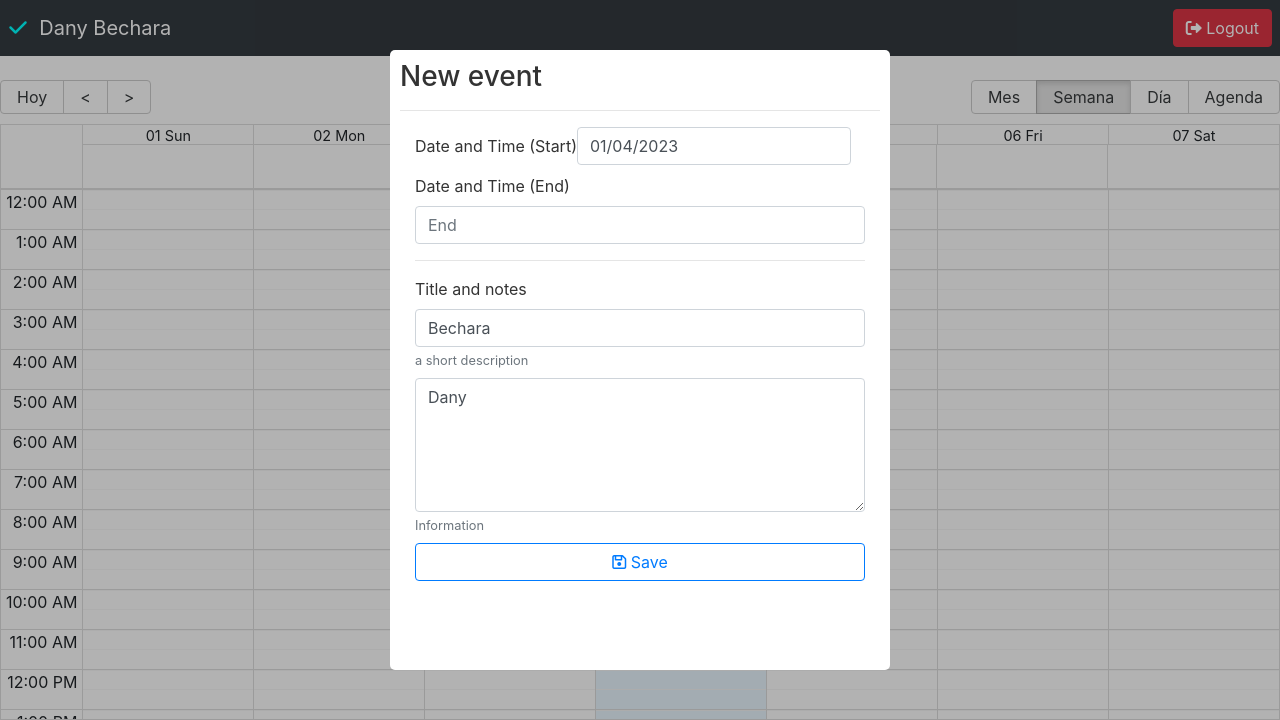
Repository: bechara611/calendar-frontend
Page: /
An editor plug-in stored every save of this project. The page is shown before and after the next save, followed by the edit.
The browser window is 1280 px wide. The pictures show the whole page.
An inner scrolling area shows only its first screen. The project was rebuilt for these pictures with package versions that can differ from the ones it lists, and the page was loaded fresh each time. Also part of the build but not shown: vite.config.js. Imported but missing from the stored project, and not drawn on this page: src/auth.

Above is the page before, as saved 2023-01-05 11:46:01.

### index.html
<!DOCTYPE html>
<html lang="en">
  <head>
    <meta charset="UTF-8" />
    <link rel="icon" type="image/svg+xml" href="/vite.svg" />
    <meta name="viewport" content="width=device-width, initial-scale=1.0" />
    <title>CalendarDB</title>
    <link rel="stylesheet" href="https://cdn.jsdelivr.net/npm/bootstrap@4.5.3/dist/css/bootstrap.min.css" integrity="sha384-TX8t27EcRE3e/ihU7zmQxVncDAy5uIKz4rEkgIXeMed4M0jlfIDPvg6uqKI2xXr2" crossorigin="anonymous">
    <link rel="stylesheet" href="https://cdnjs.cloudflare.com/ajax/libs/font-awesome/6.2.1/css/all.min.css" integrity="sha512-MV7K8+y+gLIBoVD59lQIYicR65iaqukzvf/nwasF0nqhPay5w/9lJmVM2hMDcnK1OnMGCdVK+iQrJ7lzPJQd1w==" crossorigin="anonymous" referrerpolicy="no-referrer" />
  </head>
  <body>
    <div id="root"></div>
    <script type="module" src="/src/main.jsx"></script>
  </body>
</html>

### src/main.jsx
import React from 'react'
import ReactDOM from 'react-dom/client'
import { BrowserRouter } from 'react-router-dom'
import { CalendarApp } from './CalendarApp'
import './styles.css'

ReactDOM.createRoot(document.getElementById('root')).render(


    <BrowserRouter>
      <CalendarApp />
    </BrowserRouter>

)

### src/CalendarApp.jsx
import React from 'react'
import { AppRouter } from './router/AppRouter'

export const CalendarApp = () => {
  return (
   <AppRouter></AppRouter>
  )
}

### src/styles.css
:root {
    --ColorAzul: blue;
  }

### src/router/AppRouter.jsx
import React from 'react'
import { Navigate, Route, Routes } from 'react-router-dom'
import { LoginPages } from '../auth/'
import { CalendarPages } from '../calendar/'


export const AppRouter = () => {
 // const authStatus = 'not-authenticated'
  const authStatus = 'authenticated'
  return (
    <Routes>
      {
        (authStatus === 'not-authenticated'
          ? <Route path='/auth/*' element={<LoginPages></LoginPages>}></Route>
          : <Route path='/*' element={<CalendarPages></CalendarPages>}></Route>
        )
      }
      <Route path='/*' element={<Navigate to={'/auth/login'}></Navigate>}></Route>

    </Routes>
  )
}

### src/calendar/index.js
export * from './pages/CalendarPages'
export * from './components/NavBar'

### src/calendar/pages/CalendarPages.jsx

import 'react-big-calendar/lib/css/react-big-calendar.css'
import React, { useState } from 'react'
import { Calendar } from 'react-big-calendar'
import { NavBar } from '../components/NavBar'
import { localizer } from '../../helpers/'
import { getMessages } from '../../helpers/Messages'
import { CalendarEvent } from '../components/CalendarEvent'
import { addHours } from "date-fns";
import { CalendarModal } from '../components/CalendarModal'

export const Events = [{
  title: 'Cumple de dany',
  notes: 'Torta para Dany',
  start: new Date(),
  end: addHours(new Date(), 3),
  bgColor: '#fafafa',
  user: {
    id: '123',
    name: 'Dany Bechara'
  }
}]




export const CalendarPages = () => {

const [lastView, setlastView] = useState(localStorage.getItem('lastview')|| 'week')

const onDoubleClick = (evento) => {
  console.log({ doubleClick: evento })
}
const onClick = (evento) => {
  console.log({ Click: evento })
}
const onViewChange = (evento) => {

  localStorage.setItem('lastview',evento)
  setlastView(localStorage.getItem('lastview'));
}

const eventStyleGetter = (event, start, end, isSelected) => {
  const style = {
    backgroundColor: isSelected ?  '#347CF7' : '',
    borderRadius: '0px',
    fontSize:'12px',
    opacity: 0.8,
    color: 'white'
  }
    return { style }
}
  return (
    <>
      <NavBar></NavBar>
      <Calendar
      view={lastView}
        localizer={localizer}
        events={Events}
        startAccessor="start"
        endAccessor="end"
        messages={getMessages()}
        style={{ height: 'calc( 100vh - 80px )' }}
        eventPropGetter={eventStyleGetter}
        components={{
          event: CalendarEvent
        }}
        onDoubleClickEvent={onDoubleClick}
        onSelectEvent={onClick}
        onView={onViewChange}
      />
      <CalendarModal></CalendarModal>
    </>

  )
}

### src/calendar/components/NavBar.jsx
import React from 'react'
import './NavBar.css'
export const NavBar = () => {
  return (
    <div className="navbar navbar-dark bg-dark mb-4 px-2">
    <span className='navbar-brand'>

    <i className="fa-sharp fa-solid fa-check icono"></i>

    &nbsp;
    Dany Bechara
    </span>
    <button className='btn btn-danger '>
    <i className="fa-solid fa-right-from-bracket"></i>

    <span> Logout</span>
    </button>
    </div>
  )
}

### src/helpers/index.js
export * from './CalendarLocalizer'

### src/helpers/Messages.js
export const getMessages =()=>{
    return {
        allDay: 'Todo el día',
        previous: '<',
        next: '>',
        today: 'Hoy',
        month: 'Mes',
        week: 'Semana',
        day: 'Día',
        agenda: 'Agenda',
        date: 'Fecha',
        time: 'Hora',
        event: 'Evento',
        noEventsInRange: 'No hay eventos en este rango',
        showMore: total => `+ Ver más (${total})`
    };
}

### src/calendar/components/CalendarEvent.jsx
import React from 'react'

export const CalendarEvent = ({ event }) => {

    const { title, user } = event
    return (
        <>
            <strong>{title}</strong>
            <span> - {user.name}</span>
        </>)
}

### src/calendar/components/CalendarModal.jsx
import { addHours } from 'date-fns';
import React, { useState } from 'react'
import DatePicker from "react-datepicker";
import Modal from 'react-modal'
import "react-datepicker/dist/react-datepicker.css";
import './CalendarModal.css'
const customStyles = {
    content: {
        top: '50%',
        left: '50%',
        right: 'auto',
        bottom: 'auto',
        marginRight: '-50%',
        transform: 'translate(-50%, -50%)',
    },
};
Modal.setAppElement('#root');
export const CalendarModal = () => {
    const [isOpen, setisOpen] = useState(true)

    const [formValues, setformValues] = useState({
        title:'Bechara',
        notes:'Dany',
        start: new Date(),
        end: addHours(new Date(),2)
    })

    const onChangeInput=({target})=>{
        setformValues({
            ...formValues,
            [target.name]:target.value
        })
    }
const onDateChange =(event,tipoFecha='start')=>{
    setformValues({
        ...formValues,
        [tipoFecha]:event
    })
}
    const onCloseModal = () => {
        console.log('cerrando modal')
        setisOpen(false)
    }
    return (
        <>
            <Modal
                isOpen={isOpen}
                onRequestClose={onCloseModal}
                style={customStyles}
                className='modal'
                overlayClassName='modal-fondo'
                closeTimeoutMS={200}
            >
                <h3> New event</h3>
                <hr />
                <form className="container">

                    <div className="form-group mb-2">
                        <label>Date and Time (Start)</label>
                       <DatePicker
                       selected={formValues.start}
                       onChange={(evento)=>onDateChange(evento,'start')}
                       className='form-control'></DatePicker>
                    </div>

                    <div className="form-group mb-2">
                        <label>Date and Time (End) </label>
                        <input className="form-control" placeholder="End" />
                    </div>

                    <hr />
                    <div className="form-group mb-2">
                        <label>Title and notes</label>
                        <input
                            type="text"
                            className="form-control"
                            placeholder="Title"
                            name="title"
                            autoComplete="off"
                            value={formValues.title}
                            onChange={onChangeInput}
                        />
                        <small id="emailHelp" className="form-text text-muted">a short description</small>
                    </div>

                    <div className="form-group mb-2">
                        <textarea
                            type="text"
                            className="form-control"
                            placeholder="Notes"
                            rows="5"
                            name="notes"
                            value={formValues.notes}
                            onChange={onChangeInput}
                        ></textarea>
                        <small id="emailHelp" className="form-text text-muted">Information</small>
                    </div>

                    <button
                        type="submit"
                        className="btn btn-outline-primary btn-block"
                    >
                        <i className="far fa-save"></i>
                        <span> Save</span>
                    </button>

                </form>
            </Modal>
        </>
    )
}

### src/calendar/components/NavBar.css
.icono{
color: aqua;
}

### src/helpers/CalendarLocalizer.js
import {format,parse,startOfWeek,getDay} from 'date-fns'
import enUS from 'date-fns/locale/en-US'
import { dateFnsLocalizer } from 'react-big-calendar'

const locales = {
    'en-US': enUS,
  }

 export const localizer = dateFnsLocalizer({
    format,
    parse,
    startOfWeek,
    getDay,
    locales,
  })

### src/calendar/components/CalendarModal.css
/* Modal */
.ReactModalPortal > div{
    opacity: 0;
}

.ReactModalPortal .ReactModal__Overlay {
    align-items: center;
    display: flex;
    justify-content: center;
    transition: opacity .2s ease-in-out;
    z-index: 999;
}

.modal-fondo {
    background-color: rgba(0, 0, 0, 0.3);
    bottom: 0;
    left: 0;
    right: 0;
    top: 0;
    position: fixed;
}

.ReactModalPortal .ReactModal__Overlay--after-open {
    opacity: 1;
}

.ReactModalPortal .ReactModal__Overlay--before-close {
    opacity: 0;
}

.modal {
    background: white;
    border-radius: 5px;
    color: rgb(51, 51, 51);
    display: inline;
    max-height: 620px;
    max-width: 500px;
    outline: none;
    padding: 10px;
}

After the next save:
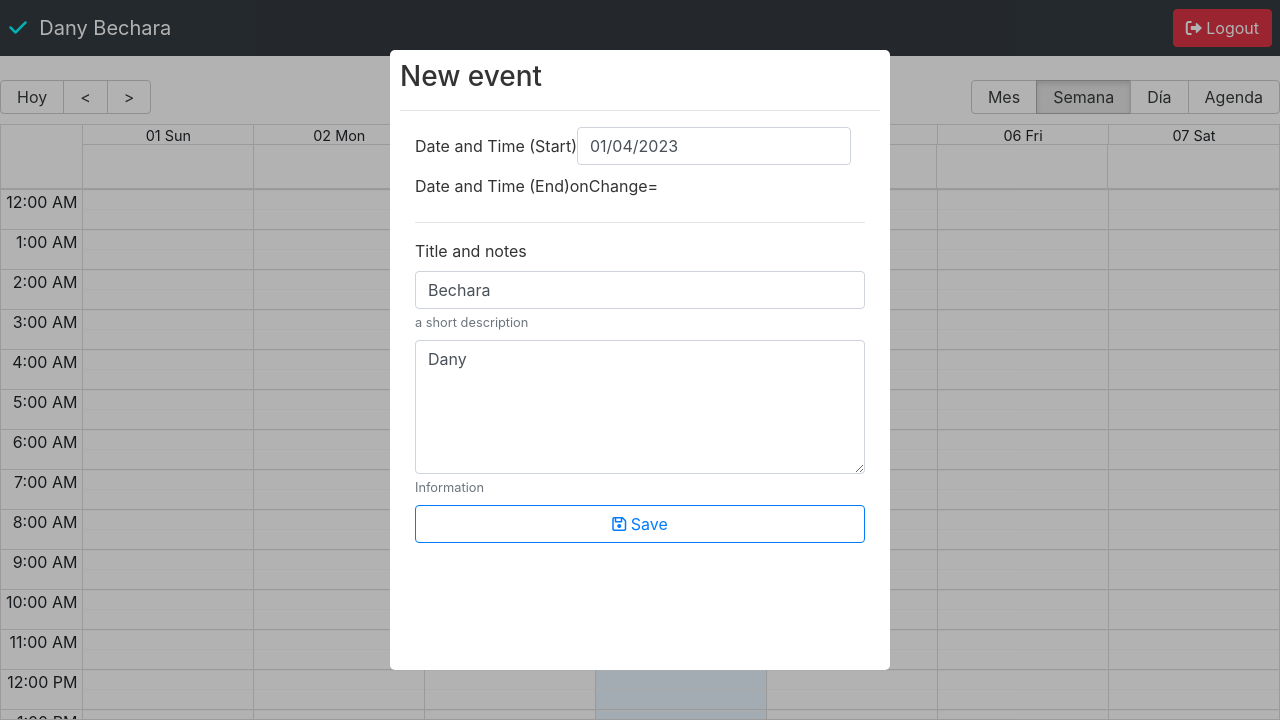
Saved 2 min 34 s later.
--- a/src/calendar/components/CalendarModal.jsx
+++ b/src/calendar/components/CalendarModal.jsx
@@ -65,7 +65,7 @@ const onDateChange =(event,tipoFecha='start')=>{
 
                     <div className="form-group mb-2">
                         <label>Date and Time (End) </label>
-                        <input className="form-control" placeholder="End" />
+                        onChange={(evento)=>onDateChange(evento,'end')}
                     </div>
 
                     <hr />
